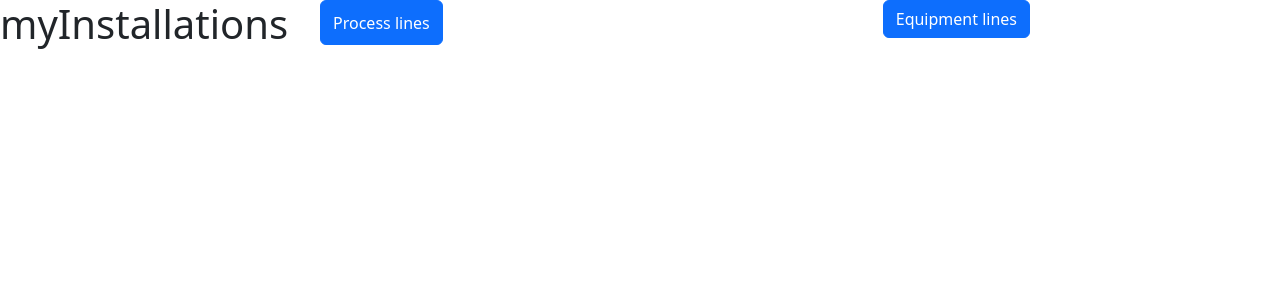
Repository: sreech465/evin3
Page: /equipment
The author's editor kept a copy of each file at every save. The page is drawn from the files as they stood at one save, then again after the next save.
The browser window is 1280 px wide. The pictures show the whole page.
The page's requests for data from a server got no answer. The project was rebuilt for these pictures with package versions that can differ from the ones it lists, and the page was loaded fresh each time. No one was signed in, and anything a server would have sent is missing. Also part of the build but not shown: src/Login.js, src/Display.js, src/Details.js, src/CustomSearchBar.js, src/Process.js, src/Learning.js, src/ProcessDetails.js, src/EquipDetails.js.

Above is the page before, as saved 2022-10-29 08:21:00.

### src/index.js
import React from "react";
import ReactDOM from "react-dom/client";
import "./index.css";
import App from "./App";
import reportWebVitals from "./reportWebVitals";
import { Provider } from "react-redux";
import store from "./store";
import "bootstrap/dist/css/bootstrap.min.css";
const root = ReactDOM.createRoot(document.getElementById("root"));
root.render(
  <React.StrictMode>
    <Provider store={store}>
      <App />
    </Provider>
  </React.StrictMode>
);

// If you want to start measuring performance in your app, pass a function
// to log results (for example: reportWebVitals(console.log))
// or send to an analytics endpoint. Learn more: https://bit.ly/CRA-vitals
reportWebVitals();

### src/App.js
import React from "react";
import { Routes, Route } from "react-router-dom";
import { BrowserRouter } from "react-router-dom";
import Login from "./Login";
import Display from "./Display";
import Details from "./Details";
import Process from "./Process";
import Equipment from "./Equipment";
import Learning from "./Learning";
import ProcessDetails from "./ProcessDetails";
import EquipDetails from "./EquipDetails";

const App = () => {
  return (
    <div className="App">
      <BrowserRouter>
        <Routes>
          <Route path="/" element={<Login />} />
          <Route path="/display" element={<Display />} />
          <Route path="/details" element={<Details />} />
          <Route path="/pdetails" element={<Process />} />
          <Route path="/elearning" element={<Learning />} />
          <Route path="/equipment" element={<Equipment />} />
          <Route path="/pdetails/:id" element={<ProcessDetails />} />
          <Route path="/equipment/:id" element={<EquipDetails />} />
        </Routes>
      </BrowserRouter>
    </div>
  );
};

export default App;

### src/store.js
import { applyMiddleware, createStore } from "redux";
import thunk from "redux-thunk";

import { singleReducer } from "./combineReducer";

const store = createStore(singleReducer, applyMiddleware(thunk));

export default store;

### src/Equipment.js
import React, { useEffect } from "react";
import { useSelector, useDispatch } from "react-redux";
import { getEquipmentDetails } from "./Actions";
import Headertabs from "./Headertabs";
import { Link } from "react-router-dom";

const Equipment = () => {
  const dispatch = useDispatch();

  const access_token = useSelector(
    (state) => state.LoginReducer.auth.access_token
  );

  const EquipmentList = useSelector((state) => state.EquipmentReducer.Data102);
  console.log(EquipmentList);

  useEffect(() => {
    dispatch(getEquipmentDetails(access_token));
  }, []);

  return (
    <>
      <Headertabs />
      {/* <div>
        <Routes>
          <Route path="/equipment" element={<Equipment />} />
        </Routes>
      </div> */}

      <>
        {EquipmentList &&
          EquipmentList.data.results.length > 0 &&
          EquipmentList.data.results.map((element) => {
            return (
              <>
                <div class="card" style={{ display: "flex" }}>
                  <img
                    style={{ width: 70, height: 40 }}
                    class="card-img-top"
                    src={element.equipment_image}
                    alt="Card image cap"
                  />
                  <div class="card-body">
                    <h5 class="card-title">{element.equipment_id}</h5>
                    <p class="card-text">
                      {element.line_org_location} {element.installed_by_name}.
                    </p>
                    <Link to={`/equipment/${element.id}`}>
                      <button class="btn btn-primary">Details</button>
                    </Link>
                  </div>
                </div>
              </>
            );
          })}
      </>
      {/* ) : ( "loading" ); */}
    </>
  );
};

export default Equipment;

### src/combineReducer.js
import { combineReducers } from "redux";
import {
  equipmentReducer,
  equipmentReducer1,
  LoginReducer,
  processReducer,
  processReducer1,
  projectReducer,
} from "./Reducer";

export const singleReducer = combineReducers({
  LoginReducer: LoginReducer,
  ProjectReducer: projectReducer,
  ProcessReducer: processReducer,
  ProcessReducer1: processReducer1,
  EquipmentReducer: equipmentReducer,
  EquipmentReducer1: equipmentReducer1,
});

### src/Actions.js
import axios from "axios";

import {
  LOGIN_SUCESS,
  PROCESS_SUCESS,
  PROJECT_SUCESSC,
  EQUIPMENT_SUCESS,
  EQUIPMENT_SUCESSC,
  PROJECT_SUCESS,
} from "./types";

const apiBaseUrl = "http://52.139.224.15:81/account/";
const adminbaseurl = "http://52.139.224.15:81/";
const baseUrl = "http://52.139.224.15:81/account/login/";

export const loginAction = (username, password, navigate) => {
  console.log(username, password, "action");
  return async (dispatch) => {
    const formData = {
      username: username,
      password: password,
    };

    try {
      await axios.post(baseUrl, formData).then((response) => {
        console.log("response from api", response.data);
        if (response.status == 200) {
          dispatch({ type: LOGIN_SUCESS, payload: response.data });
          navigate("/display");
        }
      });
    } catch (err) {
      console.log(err);
    }
  };
};

export const getProjectDetails = (access_token) => {
  console.log(access_token);
  return async (dispatch) => {
    let config = {
      headers: { Authorization: `Bearer ${access_token}` },
    };

    try {
      await axios
        .get(
          "http://52.139.224.15:81/my_project_list/?search=&page=1&ordering=-id&project_status=&solution_org=",
          config
        )
        .then((response) => {
          console.log("response from api", response);
          if (response.status == 200) {
            dispatch({ type: PROCESS_SUCESS, payload: response });
          }
        });
    } catch (err) {
      console.log(err);
    }
  };
};

export const getProcesslines = (access_token) => {
  console.log(access_token);
  return async (dispatch) => {
    let config = {
      headers: { Authorization: `Bearer ${access_token}` },
    };

    try {
      await axios
        .get(
          "http://52.139.224.15:81/end_user/process_line/?primary_product=all&org_location=&query=&page=1&sort_by=-id&installed_by=",
          config
        )
        .then((response) => {
          console.log("response from api", response);
          if (response.status == 200) {
            dispatch({ type: PROJECT_SUCESS, payload: response });
          }
        });
    } catch (err) {
      console.log(err);
    }
  };
};

export const getProcesslines1 = (access_token, id) => {
  console.log(access_token);
  console.log(id);

  return async (dispatch) => {
    let config = {
      headers: { Authorization: `Bearer ${access_token}` },
    };

    try {
      await axios
        .get(
          `http://52.139.224.15:81/end_user/process_line/?line_id=${id}`,
          config
        )
        .then((response) => {
          console.log("response from api", response);
          if (response.status == 200) {
            dispatch({ type: PROJECT_SUCESSC, payload: response });
          }
        });
    } catch (err) {
      console.log(err);
    }
  };
};

export const getEquipmentDetails = (access_token) => {
  console.log(access_token);
  return async (dispatch) => {
    let config = {
      headers: { Authorization: `Bearer ${access_token}` },
    };

    try {
      await axios
        .get(
          "http://52.139.224.15:81/tagged_equipment_list/?search=&page=1&ordering=-status&process_line__org_location__name=&process_line__name=&system=&oem_org_id=&process_line__primary_product_ref__name=&equipment_select=&process_line__installed_by=",
          config
        )
        .then((response) => {
          console.log("response from api", response);
          if (response.status == 200) {
            dispatch({ type: EQUIPMENT_SUCESS, payload: response });
          }
        });
    } catch (err) {
      console.log(err);
    }
  };
};

export const getEquipmentDetails1 = (access_token, id) => {
  console.log(access_token);
  console.log(id);
  return async (dispatch) => {
    let config = {
      headers: { Authorization: `Bearer ${access_token}` },
    };

    try {
      await axios
        .get(
          `http://52.139.224.15:81/tagged_equipment_list/?installed_equipment_id=${id}`,
          config
        )
        .then((response) => {
          console.log("response from api", response);
          if (response.status == 200) {
            dispatch({ type: EQUIPMENT_SUCESSC, payload: response });
          }
        });
    } catch (err) {
      console.log(err);
    }
  };
};

### src/Headertabs.js
import React from "react";
import "./styles.css";
import { Link } from "react-router-dom";

const Headertabs = () => {
  return (
    <>
      <div style={{ display: "flex" }}>
        <h1>myInstallations</h1>
        <nav className="nav">
          <ul
            style={{
              textDecoration: "none",
              display: "flex",
              justifyContent: "space-around",
            }}
          >
            <li style={{ listStyleType: "none" }}>
              <Link to="/pdetails">
                <button style={{ height: 45 }} className="btn btn-primary">
                  Process lines
                </button>
              </Link>
            </li>
            <li style={{ listStyleType: "none", marginLeft: 440 }}>
              <Link to="/equipment">
                <button className="btn btn-primary">Equipment lines</button>
              </Link>
            </li>
          </ul>
        </nav>
      </div>
    </>
  );
};

export default Headertabs;

### src/Reducer.js
import {
  EQUIPMENT_SUCESS,
  EQUIPMENT_SUCESSC,
  LOGIN_SUCESS,
  PROCESS_SUCESS,
  PROJECT_SUCESS,
  PROJECT_SUCESSC,
} from "./types";
const initialState = {
  auth: {
    access_token: "",
    username: "",
    role_permissions: [],
  },
  Data100: "",
};

export const LoginReducer = (state = initialState, action) => {
  // console.log(action);

  switch (action.type) {
    case LOGIN_SUCESS:
      return {
        ...state,

        auth: action.payload,
      };

    default:
      return state;
  }
};

export const projectReducer = (state = initialState, action) => {
  // console.log(action);

  switch (action.type) {
    case PROCESS_SUCESS:
      return {
        ...state,

        Data100: action.payload,
      };

    default:
      return state;
  }
};

export const processReducer = (state = initialState, action) => {
  // console.log(action);

  switch (action.type) {
    case PROJECT_SUCESS:
      return {
        ...state,

        Data101: action.payload,
      };

    default:
      return state;
  }
};

export const processReducer1 = (state = initialState, action) => {
  // console.log(action);

  switch (action.type) {
    case PROJECT_SUCESSC:
      return {
        ...state,

        TOM: action.payload,
      };

    default:
      return state;
  }
};

export const equipmentReducer = (state = initialState, action) => {
  // console.log(action);

  switch (action.type) {
    case EQUIPMENT_SUCESS:
      return {
        ...state,

        Data102: action.payload,
      };

    default:
      return state;
  }
};

export const equipmentReducer1 = (state = initialState, action) => {
  // console.log(action);

  switch (action.type) {
    case EQUIPMENT_SUCESSC:
      return {
        ...state,

        JERRY: action.payload,
      };

    default:
      return state;
  }
};

### src/types.js
export const LOGIN_SUCESS = "LOGIN_SUCESS";
export const PROCESS_SUCESS = "PROCESS_SUCESS";
export const PROJECT_SUCESS = "PROJECT_SUCESS";
export const EQUIPMENT_SUCESS = "EQUIPMENT_SUCESS";
export const EQUIPMENT_SUCESSC = "EQUIPMENT_SUCESSC";
export const PROJECT_SUCESSC = "PROJECT_SUCESSC";

### src/styles.css
* {
    box-sizing: border-box;
}

body {
    margin:0;

}

.nav {
    background-color:'white';
    color:white;
    display: flex;
    justify-content: space-between;
    align-items: center;
    gap: 2rem;
    padding: 0 1rem;
}

.nav a {
    color:inherit
}

Loaded but not shown: public/index.html (common file); src/index.css (common file); src/reportWebVitals.js (common file)

After the next save:
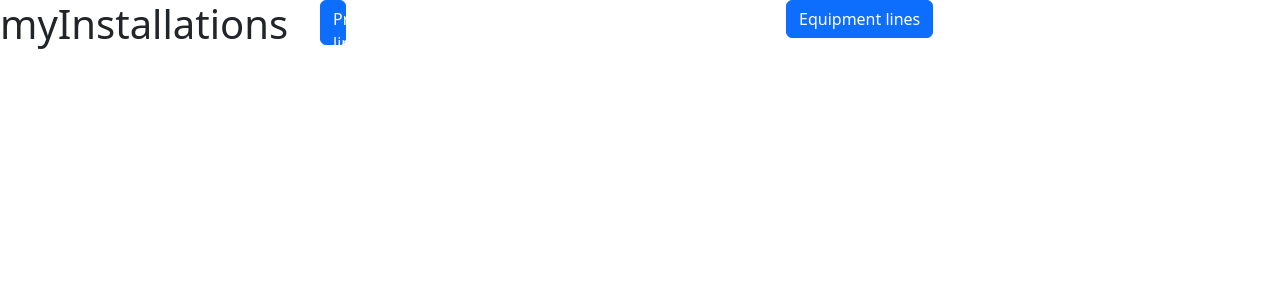
Saved 28 s later.
--- a/src/Headertabs.js
+++ b/src/Headertabs.js
@@ -17,7 +17,10 @@ const Headertabs = () => {
           >
             <li style={{ listStyleType: "none" }}>
               <Link to="/pdetails">
-                <button style={{ height: 45 }} className="btn btn-primary">
+                <button
+                  style={{ height: 45, width: 10 }}
+                  className="btn btn-primary"
+                >
                   Process lines
                 </button>
               </Link>
